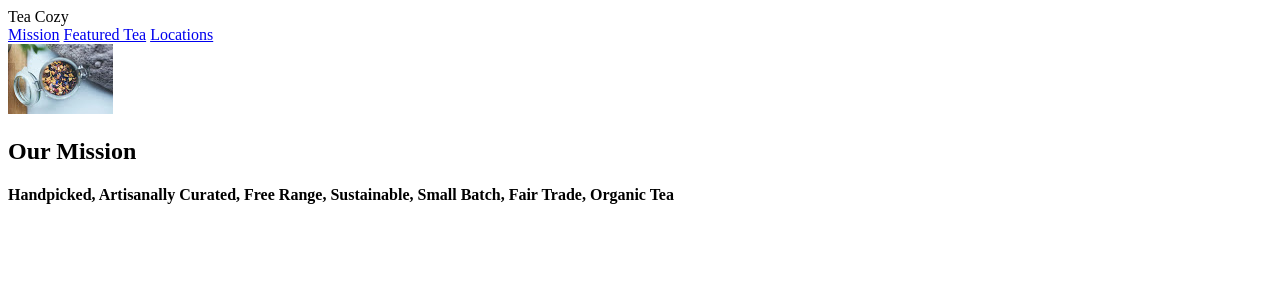
Repository: NiutaR/teaCozy
Page: index.html
The author's editor kept a copy of each file at every save. The page is drawn from the files as they stood at one save, then again after the next save.
The browser window is 1280 px wide. The pictures show the whole page.

Above is the page before, as saved 2021-08-06 17:07:02.

After the next save:
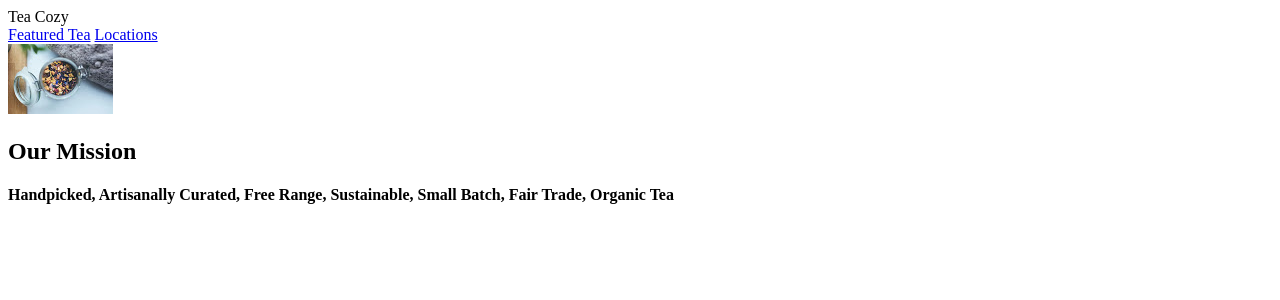
Saved 6 s later.
--- a/index.html
+++ b/index.html
@@ -12,7 +12,7 @@
         <header>
             <a class="header-logo">Tea Cozy</a>
             <nav class="header-navbar">
-                <span></span><a class="link" href="#">Mission</a>
+                <span></span>
                 <a class="link" href="#">Featured Tea</a>
                 <a class="link" href="#">Locations</a>
             </nav>

After the save that followed:
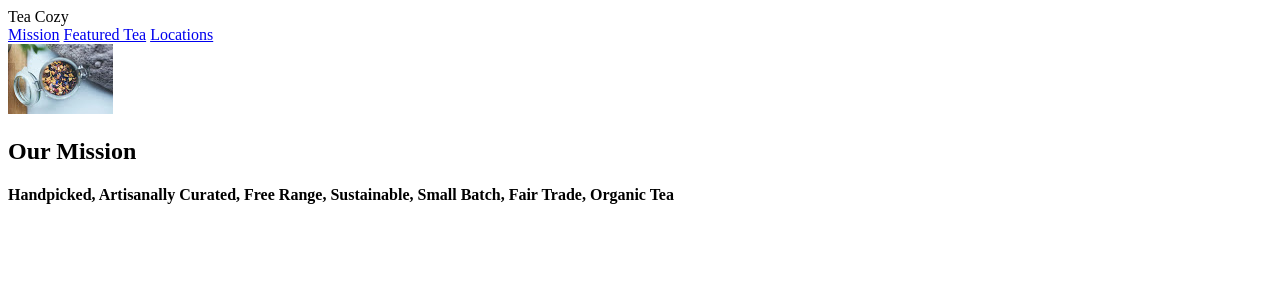
Saved 4 s later.
--- a/index.html
+++ b/index.html
@@ -12,7 +12,7 @@
         <header>
             <a class="header-logo">Tea Cozy</a>
             <nav class="header-navbar">
-                <span></span>
+                <span><a class="link" href="#">Mission</a></span>
                 <a class="link" href="#">Featured Tea</a>
                 <a class="link" href="#">Locations</a>
             </nav>
